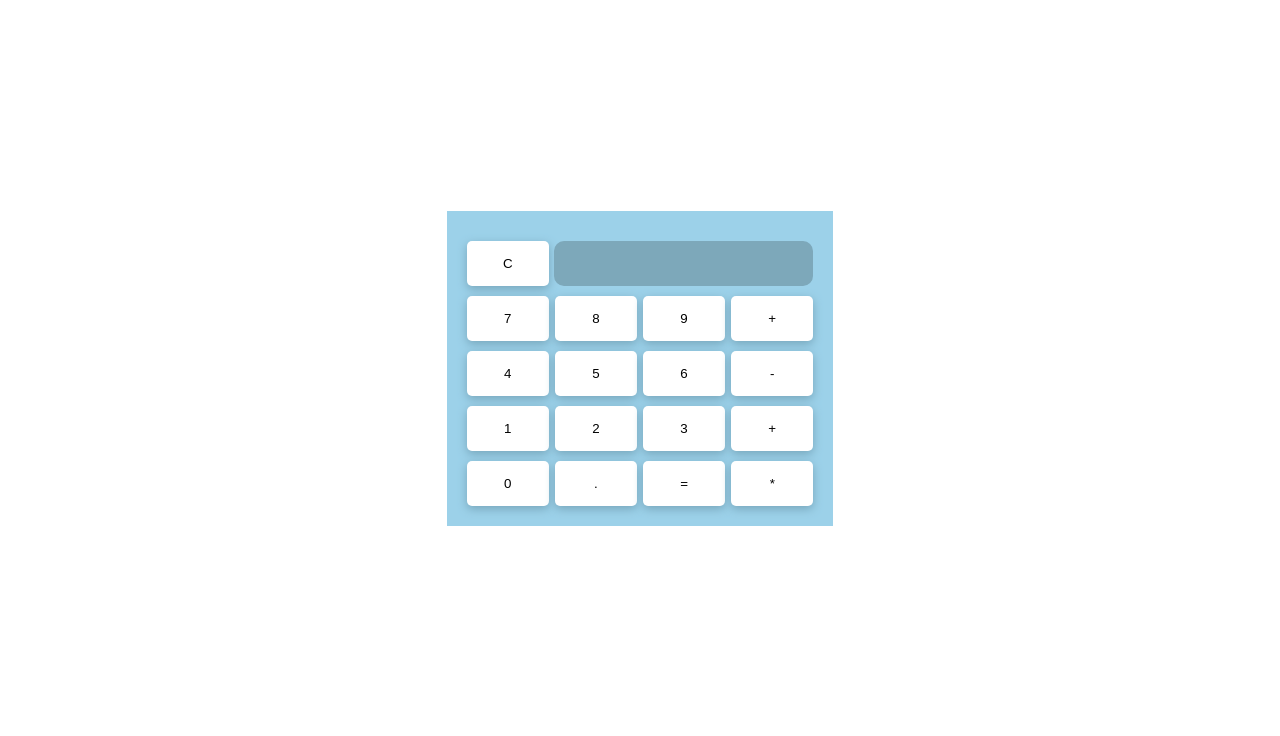
Repository: sem1103/calculator
Page: index.html
The author's editor kept a copy of each file at every save. The page is drawn from the files as they stood at one save, then again after the next save.
The browser window is 1280 px wide. The pictures show the whole page.

Above is the page before, as saved 2023-11-01 19:52:33.

After the next save:
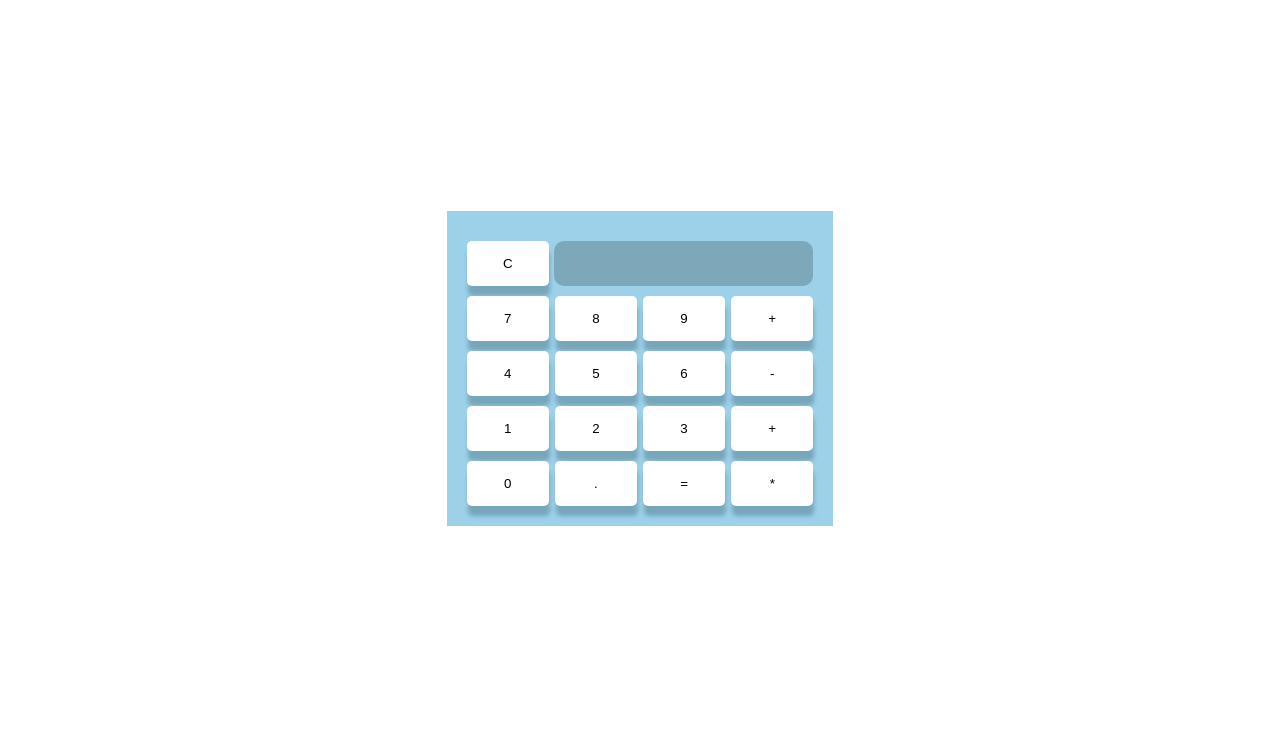
Saved 50 s later.
--- a/index.html
+++ b/index.html
@@ -44,7 +44,7 @@
             padding: 15px 5px;
             text-align: center;
             background-color: #fff;
-            box-shadow: 0 3px 10px #77a6bb;
+            box-shadow: 1px 10px 4px #77a6bb;
             flex-basis: calc(25% - 5px);
             border: 0;
             border-radius: 5px;
